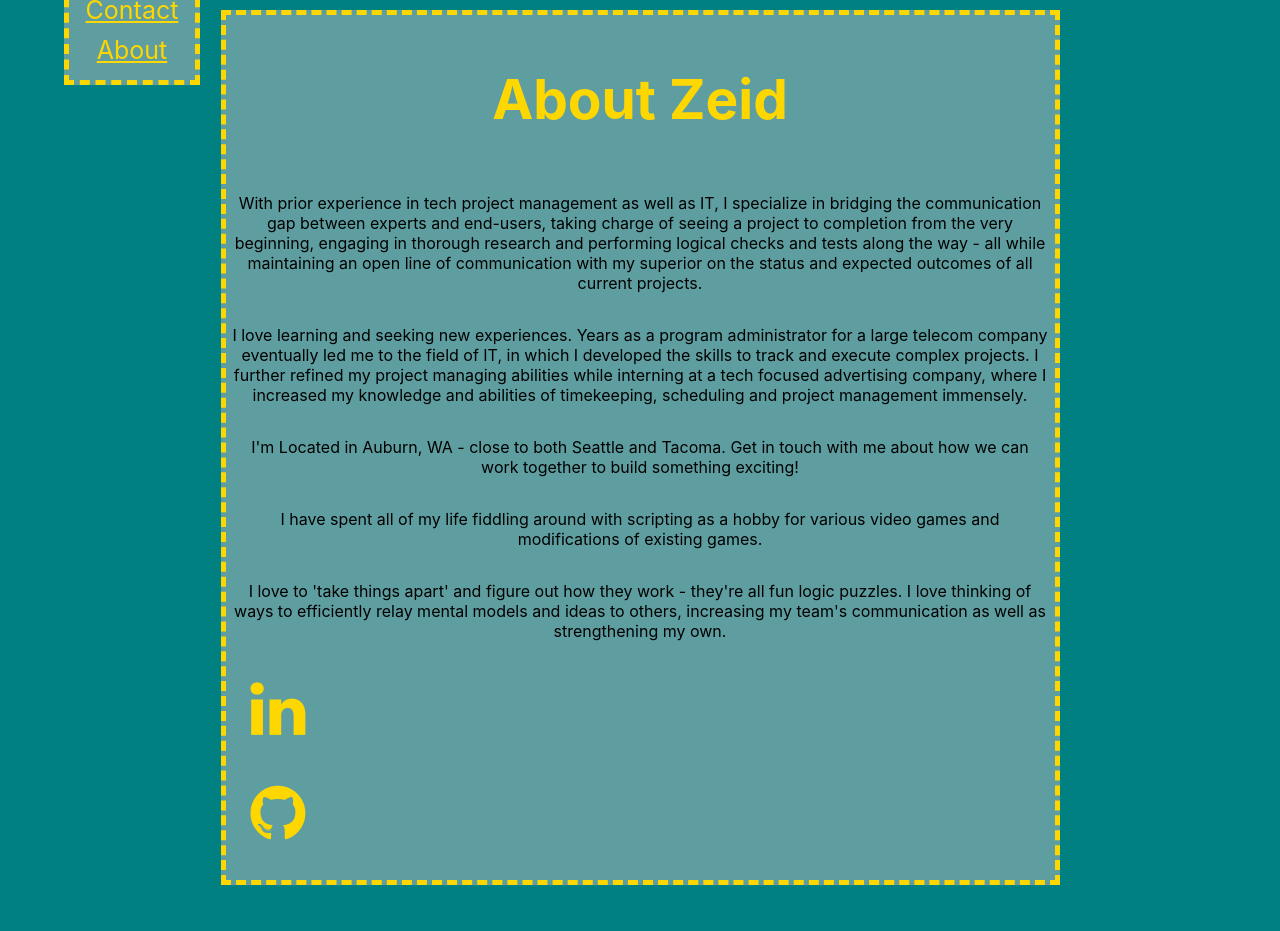
Repository: zeidalidiez/portfolioreact
Page: /About
These files come from the project's save history. The page is drawn as it stood at one moment and after the next save; the edit follows.
The browser window is 1280 px wide. The pictures show the whole page.
The project was rebuilt for these pictures with package versions that can differ from the ones it lists, and the page was loaded fresh each time. Also part of the build but not shown: src/components/Thumbnail.js, src/components/Projects.js, src/components/Contact.js.

Above is the page before, as saved 2021-02-08 18:56:07.

### public/index.html
<!DOCTYPE html>
<html lang="en">
  <head>
    <meta charset="utf-8" />
    <link href="data:[embedded picture, 289 characters]" rel="icon" type="image/x-icon" />    <meta name="viewport" content="width=device-width, initial-scale=1" />
    <link rel="stylesheet" href="https://cdnjs.cloudflare.com/ajax/libs/font-awesome/4.7.0/css/font-awesome.min.css">
    <meta name="theme-color" content="#000000" />
    <meta
      name="description"
      content="Web site created using create-react-app"
    />    <!--
      manifest.json provides metadata used when your web app is installed on a
      user's mobile device or desktop. See https://developers.google.com/web/fundamentals/web-app-manifest/
    -->
    <link rel="manifest" href="%PUBLIC_URL%/manifest.json" />
    <!--
      Notice the use of %PUBLIC_URL% in the tags above.
      It will be replaced with the URL of the `public` folder during the build.
      Only files inside the `public` folder can be referenced from the HTML.

      Unlike "/favicon.ico" or "favicon.ico", "%PUBLIC_URL%/favicon.ico" will
      work correctly both with client-side routing and a non-root public URL.
      Learn how to configure a non-root public URL by running `npm run build`.
    -->
    <title>Zeid Diez - Portfolio</title>
  </head>
  <body>
    <noscript>You need to enable JavaScript to run this app.</noscript>
    <div id="root"></div>
    <!--
      This HTML file is a template.
      If you open it directly in the browser, you will see an empty page.

      You can add webfonts, meta tags, or analytics to this file.
      The build step will place the bundled scripts into the <body> tag.

      To begin the development, run `npm start` or `yarn start`.
      To create a production bundle, use `npm run build` or `yarn build`.
    -->
  </body>
</html>

### src/index.js
import React from 'react';
import ReactDOM from 'react-dom';
import './index.css';
import App from './components/App';
import reportWebVitals from './reportWebVitals';

ReactDOM.render(
  <React.StrictMode>
  <App />
  </React.StrictMode>,
  document.getElementById('root')
);

// If you want to start measuring performance in your app, pass a function
// to log results (for example: reportWebVitals(console.log))
// or send to an analytics endpoint. Learn more: https://bit.ly/CRA-vitals
reportWebVitals();

### src/components/App.js
// App.jsx

import React from 'react';
import logo from './logo.svg';
// Import the BrowserRouter, Route and Link components
import {Route, BrowserRouter as Router, Link} from "react-router-dom";
import Projects from './Projects.js';
import Contact from './Contact.js';
import About from './About.js';
import './App.css';

function App() {
  return (
    <header>
    <Router>
      <div className="App">
        <Route exact path="/Projects" component={Projects} />
        <Route exact path="/Contact" component={Contact} />
        <Route exact path="/About" component={About} />
        <Route exact path="/" component={About} />
  <nav>
        <div className="navigation">
          <div className="navigation-sub">
            <Link to="/Projects" className="item">Projects</Link>
            <Link to="/Contact" className="item">Contact</Link>
            <Link to="/About" className="item">About</Link>

          </div>
        </div>
        </nav>
      </div>
    </Router>
    <menu>

</menu>
    </header>


  );
}

export default App;

### src/components/About.js
import React from "react"

function About(props) {
  return (
    <div className="aboutDiv">
      <h2>About Zeid</h2>
      <p>With prior experience in tech project management as well as IT, I specialize in bridging the communication gap between experts and end-users, taking charge of seeing a project to completion from the very beginning, engaging in thorough research and performing logical checks and tests along the way - all while maintaining an open line of communication with my superior on the status and expected outcomes of all current projects. </p>
      <p>I love learning and seeking new experiences. Years as a program administrator for a large telecom company eventually led me to the field of IT, in which I developed the skills to track and execute complex projects. I further refined my project managing abilities while interning at a tech focused advertising company, where I increased my knowledge and abilities of timekeeping, scheduling and project management immensely.</p>
      <p>I'm Located in Auburn, WA - close to both Seattle and Tacoma. Get in touch with me about how we can work together to build something exciting! </p>
      <p>I have spent all of my life fiddling around with scripting as a hobby for various video games and modifications of existing games.</p>
      <p>I love to 'take things apart' and figure out how they work - they're all fun logic puzzles. I love thinking of ways to efficiently relay mental models and ideas to others, increasing my team's communication as well as strengthening my own.</p>

      <a href="https://www.linkedin.com/in/zeid-diez/" class="fa fa-linkedin"></a>
      <a href="https://github.com/zeidalidiez" class="fa fa-github"></a>
    </div>
  )
}

export default About;

### src/components/App.css

body {
  background-color: teal;
  display: grid;
}
div {
display: grid;
padding: 5px;
position: relative;
text-align: center;
padding-bottom: 15px;

}
 .projectDiv {
  background-color: cadetblue;
  width: 65%;
  justify-self: center;
  align-self: center;
  align-items: center;
  border: 5px dashed gold;
 }
h2 {
  color: Gold;
  font-size: 55px;
}

/* div.project {
  text-align: center;
  font-family: Georgia, "Times New Roman", Times, serif;
  font-style: italic;
  padding-bottom: 15px;
  border: 5px dashed gold;
  width: 80%;
  justify-self: center;
} */

div.project-title {
  position: relative;
  text-align: center;
  font-family: Georgia, "Times New Roman", Times, serif;
  font-style: italic;
  padding-bottom: 15px;

}

.navigation {
text-align: center;
align-self: center;
top: 0;
position: fixed;
  }

.navigation-sub {
padding: 10px;
text-align: center;
align-self: center;
bottom: auto;
left: 5%;
position: fixed;
border: 5px dashed gold;
background-color: cadetblue;
font-size: 25px;
}

a {
  display: grid;
padding: 5px;
text-align: center;
align-self: center;
}

img {
  display: block;
  margin-left: auto;
  margin-right: auto;
  width: 50%;
}


/* unvisited link */
a:link {
  color: gold;
}

/* visited link */
a:visited {
  color: rgb(255, 208, 0);
}

/* mouse over link */
a:hover {
  color: rgb(255, 174, 0);
}

/* selected link */
a:active {
  color: rgb(255, 0, 0);
}

.aboutDiv {
  background-color: cadetblue;
  width: 65%;
  justify-self: center;
  border: 5px dashed gold;

}

form {
  background-color: cadetblue;
  width: 65%;
  justify-self: center;
  padding-bottom: 60px;
  display: grid;
  border: 5px dashed gold;
}

.emailInput {
  width: 100%;
  padding: 12px 20px;
  margin: 8px 0;
  box-sizing: border-box;
}

.messageInput {
  width: 100%;
  box-sizing: border-box;
  height: 150px;
  border-radius: 4px;
  resize: none;
}

/* Style all font awesome icons */
.fa {
  padding: 20px;
  font-size: 64px;
  width: 50px;
  text-align: center;
  text-decoration: none;
}

/* Add a hover effect if you want */
.fa:hover {
  opacity: 0.7;
}

/* Set a specific color for each brand */

/* Facebook */
.fa-facebook {
  background: #3B5998;
  color: white;
}

/* Twitter */
.fa-twitter {
  background: #55ACEE;
  color: white;
}

@media screen and (max-width: 800px) {
  .navigation {
    text-align: center;
    align-self: center;
    top: 0;
    position: fixed;
      }

    .navigation-sub {
    padding: 10px;
    text-align: center;
    align-self: center;
    bottom: auto;
    left: 5%;
    position: fixed;
    border: 5px dashed gold;
    background-color: cadetblue;
    font-size: 10px;
    }
}

Loaded but not shown: src/index.css (common file); src/reportWebVitals.js (common file)

After the next save:
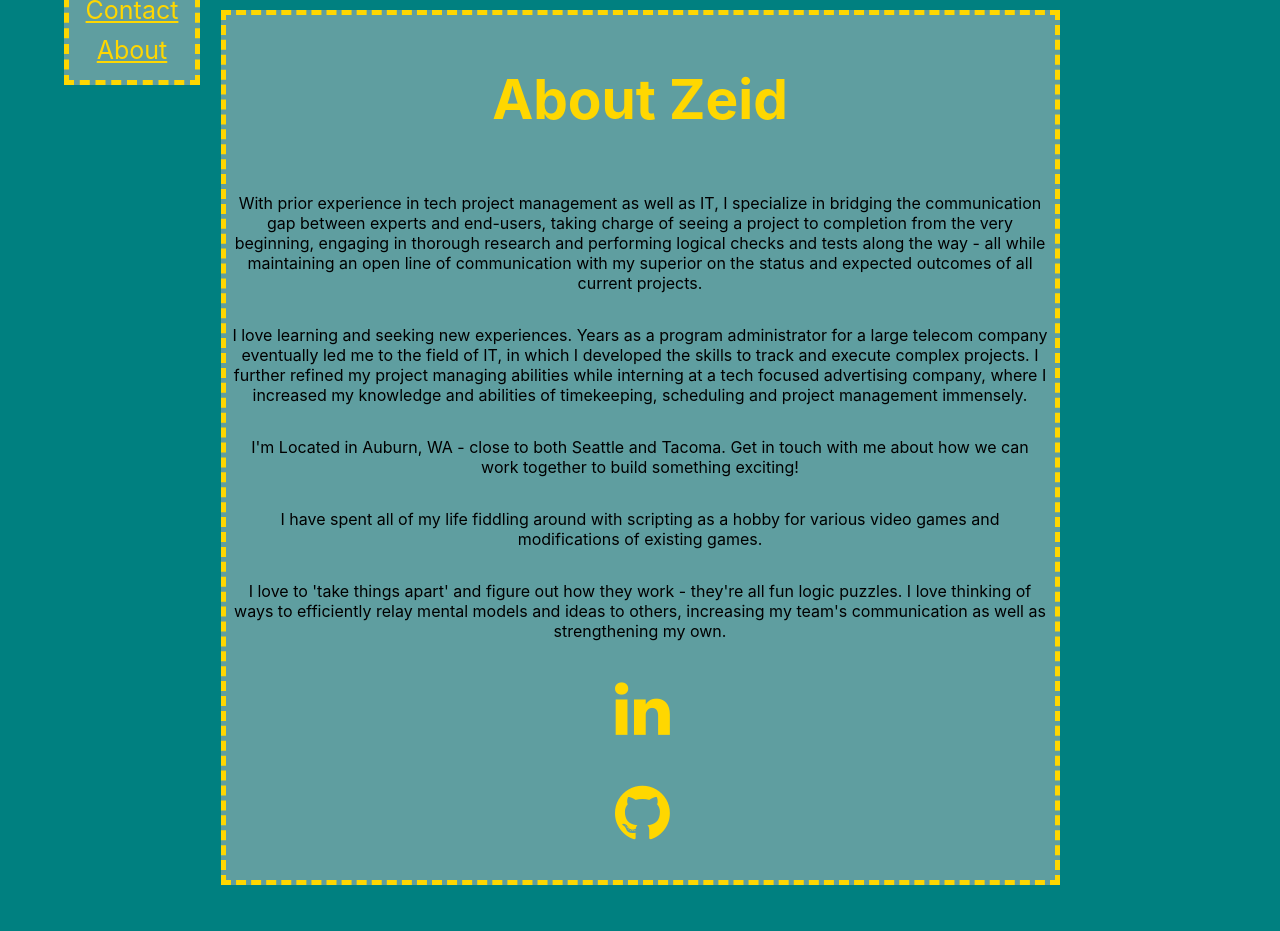
Saved 11 s later.
--- a/src/components/App.css
+++ b/src/components/App.css
@@ -136,6 +136,7 @@ form {
   width: 50px;
   text-align: center;
   text-decoration: none;
+  justify-self: center;
 }
 
 /* Add a hover effect if you want */
